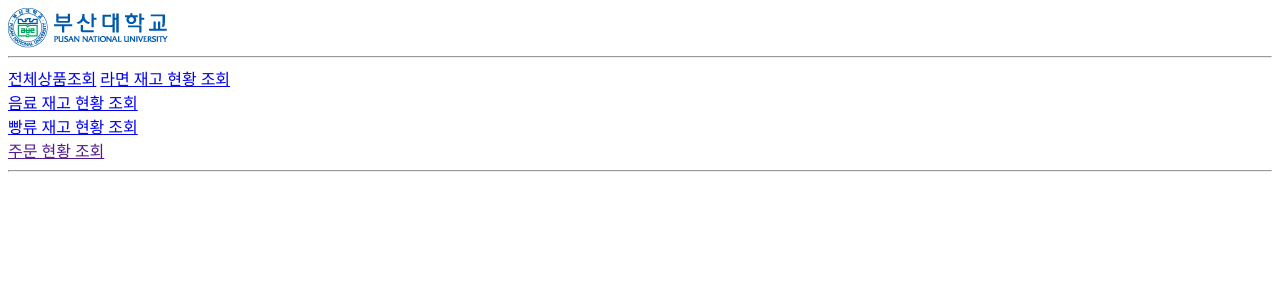
Repository: Gwangil/PCManager
Page: http://localhost/pcmanager.2.1.0/product/productInfo.jsp
The author's editor kept a copy of each file at every save. The page is drawn from the files as they stood at one save, then again after the next save.
The browser window is 1280 px wide. The pictures show the whole page.
The page is served by Tomcat 9.

Above is the page before, as saved 2017-07-20 05:40:55.

### 04.Workspace/02.pcmanager_workspace_2.0.0/pcmanager.2.1.0/WebContent/product/productInfo.jsp
<%@ page language="java" contentType="text/html; charset=UTF-8"
    pageEncoding="UTF-8"%>
<!DOCTYPE html PUBLIC "-//W3C//DTD HTML 4.01 Transitional//EN" "http://www.w3.org/TR/html4/loose.dtd">
<html>
<head>
<meta http-equiv="Content-Type" content="text/html; charset=UTF-8">
<title>상품 목록 조회</title>
</head>
<body>
<!-- logo link -->
<a href="/pcm/index.jsp">
<img src="img/logo.gif" title="홈페이지 이동">
</a>
<hr>
<!-- category link -->
<a href="/pcm/pcontroller?action=getProductAll">전체상품조회</a>
<a href="productInfoNoodle.jsp">라면 재고 현황 조회</a><br>
<a href="productInfoDrink.jsp">음료 재고 현황 조회</a><br>
<a href="productInfoBread.jsp">빵류 재고 현황 조회</a><br>
<a href="">주문 현황 조회</a>
<hr>


</body>
</html>

After the next save:
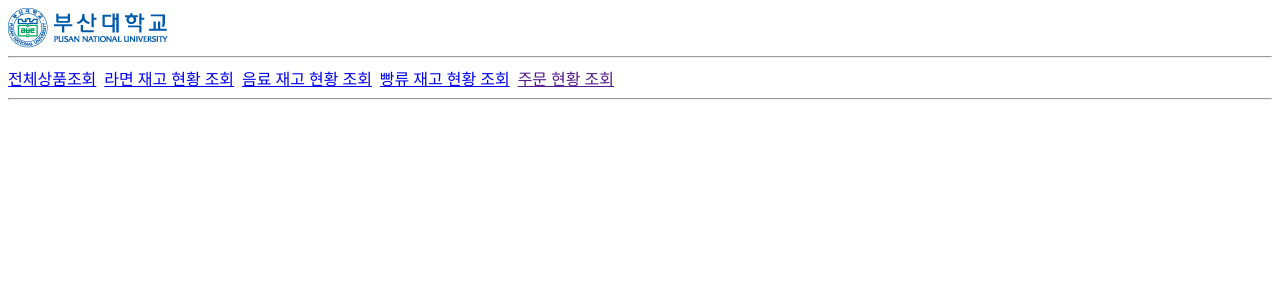
Saved 13 min 21 s later.
--- a/04.Workspace/02.pcmanager_workspace_2.0.0/pcmanager.2.1.0/WebContent/product/productInfo.jsp
+++ b/04.Workspace/02.pcmanager_workspace_2.0.0/pcmanager.2.1.0/WebContent/product/productInfo.jsp
@@ -13,10 +13,10 @@
 </a>
 <hr>
 <!-- category link -->
-<a href="/pcm/pcontroller?action=getProductAll">전체상품조회</a>
-<a href="productInfoNoodle.jsp">라면 재고 현황 조회</a><br>
-<a href="productInfoDrink.jsp">음료 재고 현황 조회</a><br>
-<a href="productInfoBread.jsp">빵류 재고 현황 조회</a><br>
+<a href="/pcm/pcontroller?action=getProductAll">전체상품조회</a>&nbsp;
+<a href="productInfoNoodle.jsp">라면 재고 현황 조회</a>&nbsp;
+<a href="productInfoDrink.jsp">음료 재고 현황 조회</a>&nbsp;
+<a href="productInfoBread.jsp">빵류 재고 현황 조회</a>&nbsp;
 <a href="">주문 현황 조회</a>
 <hr>
 
